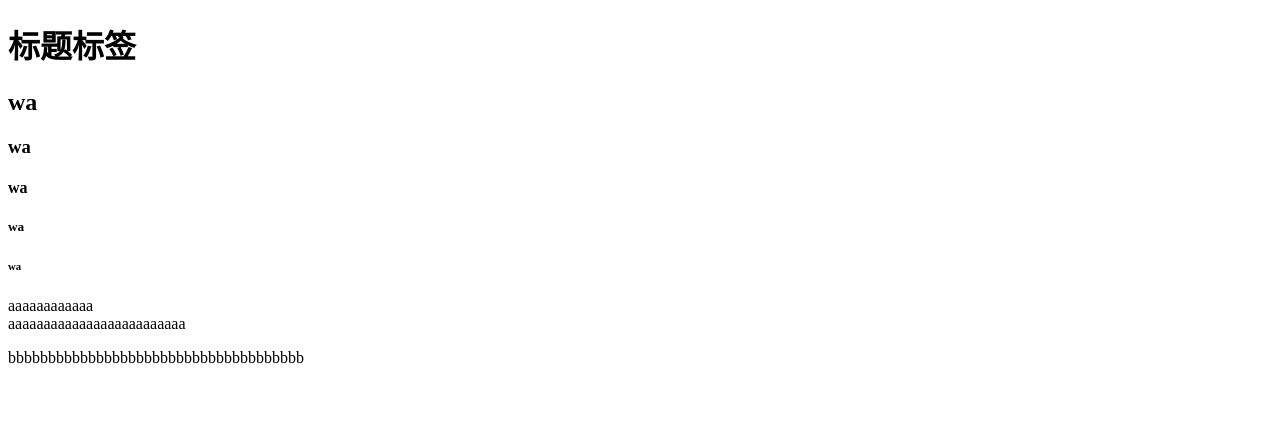
Repository: Qwenicq/My_project
Page: html/vscode_frist.htm
The author's editor kept a copy of each file at every save. The page is drawn from the files as they stood at one save, then again after the next save.
The browser window is 1280 px wide. The pictures show the whole page.

Above is the page before, as saved 2023-03-27 21:22:19.

After the next save:
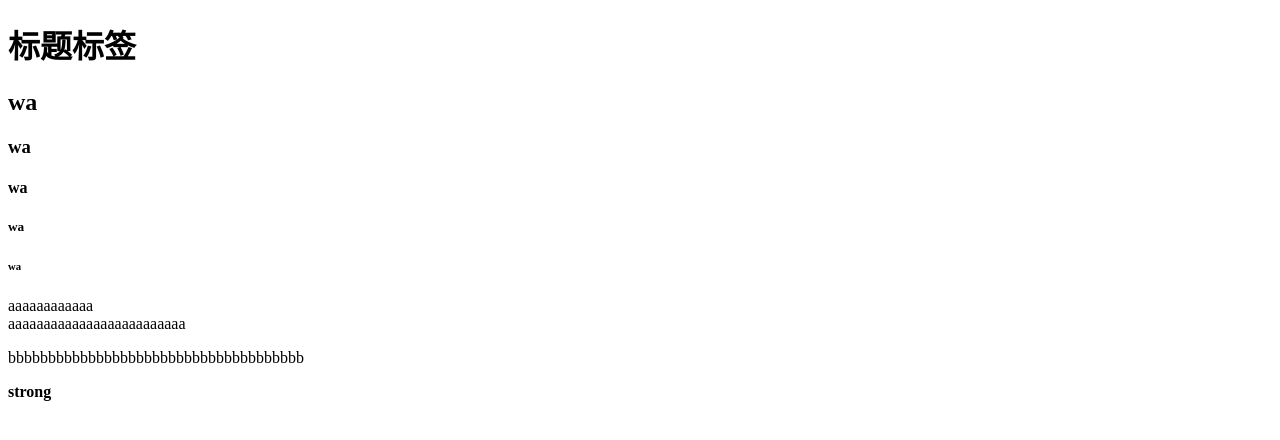
Saved 2 min 48 s later.
--- a/html/vscode_frist.htm
+++ b/html/vscode_frist.htm
@@ -15,5 +15,7 @@
     <h6>wa</h6>
     <p>aaaaaaaaaaaa<br />aaaaaaaaaaaaaaaaaaaaaaaaa</p>
     <p>bbbbbbbbbbbbbbbbbbbbbbbbbbbbbbbbbbbbb</p>
+    <strong>strong</strong>
+
 </body>
 </html>
